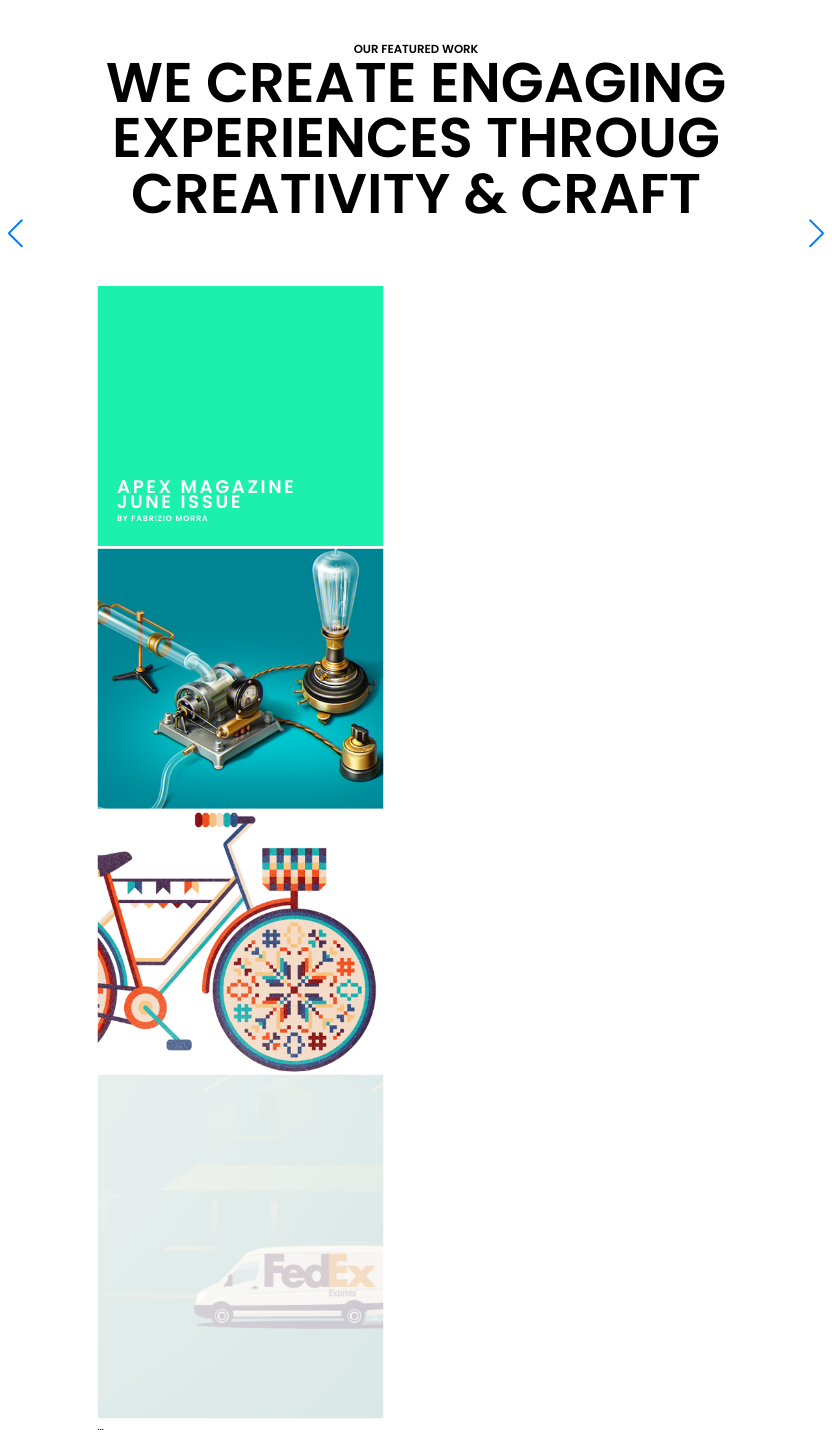
Repository: NastyaGavrilova/Beetroot-js
Page: HW10/index.html
These files come from the project's save history. The page is drawn as it stood at one moment and after the next save; the edit follows.
The browser window is 1280 px wide. The pictures show the whole page, at 65% of full size.

Above is the page before, as saved 2021-10-31 06:02:29.

### HW10/index.html
<!DOCTYPE html>
<html lang="en">
  <head>
    <meta charset="UTF-8" />
    <meta http-equiv="X-UA-Compatible" content="IE=edge" />
    <meta name="viewport" content="width=device-width, initial-scale=1.0" />
    <!-- Swiper -->
    <link
      rel="stylesheet"
      href="https://unpkg.com/swiper@7/swiper-bundle.min.css"
    />
    <!-- Normilize -->
    <link
      rel="stylesheet"
      href="https://cdnjs.cloudflare.com/ajax/libs/normalize/8.0.1/normalize.min.css"
      integrity="sha512-NhSC1YmyruXifcj/KFRWoC561YpHpc5Jtzgvbuzx5VozKpWvQ+4nXhPdFgmx8xqexRcpAglTj9sIBWINXa8x5w=="
      crossorigin="anonymous"
      referrerpolicy="no-referrer"
    />
    <!-- FONTS  -->
    <link rel="preconnect" href="https://fonts.googleapis.com" />
    <link rel="preconnect" href="https://fonts.gstatic.com" crossorigin />
    <link
      href="https://fonts.googleapis.com/css2?family=Poppins:wght@400;600;700&display=swap"
      rel="stylesheet"
    />
    <!-- Styles -->
    <link rel="stylesheet" href="./index.css" />
    <title>Document</title>
  </head>
  <body>
    <div class="c-container">
      <header class="c-header">
        <div class="c-header__wrapper">
          <div class="c-header__title">
            <h4 class="e-subtitle">OUR FEATURED WORK</h4>
            <h2 class="e-title">
              WE CREATE ENGAGING EXPERIENCES THROUG CREATIVITY &amp; CRAFT
            </h2>
          </div>
        </div>
      </header>

      <div class="c-swiper">
        <!-- Additional required wrapper -->
        <div class="c-swiper-wrapper">
          <!-- Slides -->
          <div class="c-swiper-slide">
            <img src="./assets/img/Rectangle8.png" alt="1" />
            <div class="c-swiper-slide__description">
              <p class="e-swiper-slide__text">
                APEX MAGAZINE <br />
                JUNE ISSUE
              </p>
              <p class="e-swiper-slide__author">BY FABRIZIO MORRA</p>
            </div>
          </div>
          <div class="c-swiper-slide">
            <img src="./assets/img/Layer7.png" alt="2" />
          </div>
          <div class="c-swiper-slide">
            <img src="./assets/img/Layer9.png" alt="3" />
          </div>
          <div class="c-swiper-slide">
            <img src="./assets/img/Layer10.png" alt="4" />
          </div>
          ...
        </div>
        <!-- If we need pagination -->
        <!-- <div class="swiper-pagination"></div> -->

        <!-- If we need navigation buttons -->
        <div class="swiper-button-prev" id="js-swiper-prev"></div>
        <div class="swiper-button-next" id="js-swiper-next"></div>

        <!-- If we need scrollbar -->
        <!-- <div class="swiper-scrollbar"></div> -->
      </div>
    </div>
    <script src="https://unpkg.com/swiper@7/swiper-bundle.min.js"></script>
    <script src="./index.js"></script>
  </body>
</html>

### HW10/index.css
* {
  box-sizing: border-box;
  padding: 0;
  margin: 0;
}

body {
  font-family: "Poppins", sans-serif;
  max-width: 1920px;
  margin: 0 auto;
}

.c-header__wrapper {
  margin: 65px 0 100px 0;
}
.c-header__title {
  text-align: center;
  max-width: 1030px;
  margin: 0 auto;
}
.e-subtitle {
  line-height: 20px;
  font-weight: 600;
  font-size: 18px;
}
.e-title {
  line-height: 85px;
  font-weight: 600;
  font-size: 86px;
}

.c-swiper {
  padding-left: 150px;
  height: 400px;
  width: 100%;
}

.c-swiper-slide {
  position: relative;
  overflow: hidden;
  width: 440px;
}
.c-swiper-slide img {
  transition: 0.4s ease;
  height: 100%;
  width: 100%;
}
.c-swiper-slide__description {
  position: absolute;
  color: white;
  bottom: 35px;
  left: 30px;
}

.e-swiper-slide__text {
  letter-spacing: 4px;
  line-height: 24px;
  font-weight: 600;
  font-size: 28px;
}

.e-swiper-slide__author {
  line-height: 24px;
  font-weight: 600;
  font-size: 12px;
  letter-spacing: 1.3px;
}

.swiper-slide-prev img,
.lasted img {
  opacity: 0.5;
}

.wrap-slider {
  margin-right: -30px;
}

### HW10/index.js
const swiper = new Swiper(".swiper", {
  speed: 400,
  spaceBetween: 30,
  loop: true,
  // effect: "cube",
});

const swiperPrevBtn = document.getElementById("js-swiper-prev");
swiperPrevBtn.addEventListener("click", () => {
  swiper.slidePrev();
});

const swiperNextBtn = document.getElementById("js-swiper-next");
swiperNextBtn.addEventListener("click", () => {
  swiper.slideNext();
});

After the next save:
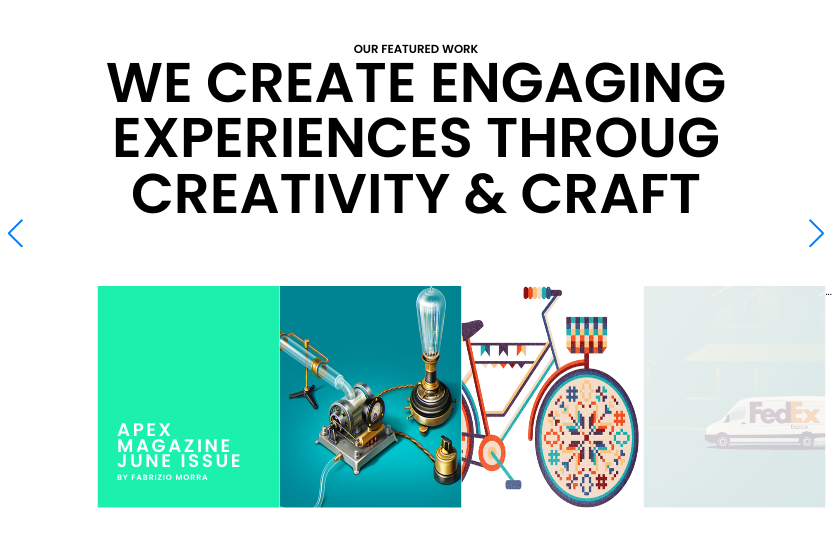
Saved 14 s later.
--- a/HW10/index.css
+++ b/HW10/index.css
@@ -33,6 +33,10 @@ body {
   padding-left: 150px;
   height: 400px;
   width: 100%;
+}
+
+.c-swiper-wrapper {
+  display: flex;
 }
 
 .c-swiper-slide {

After the save that followed:
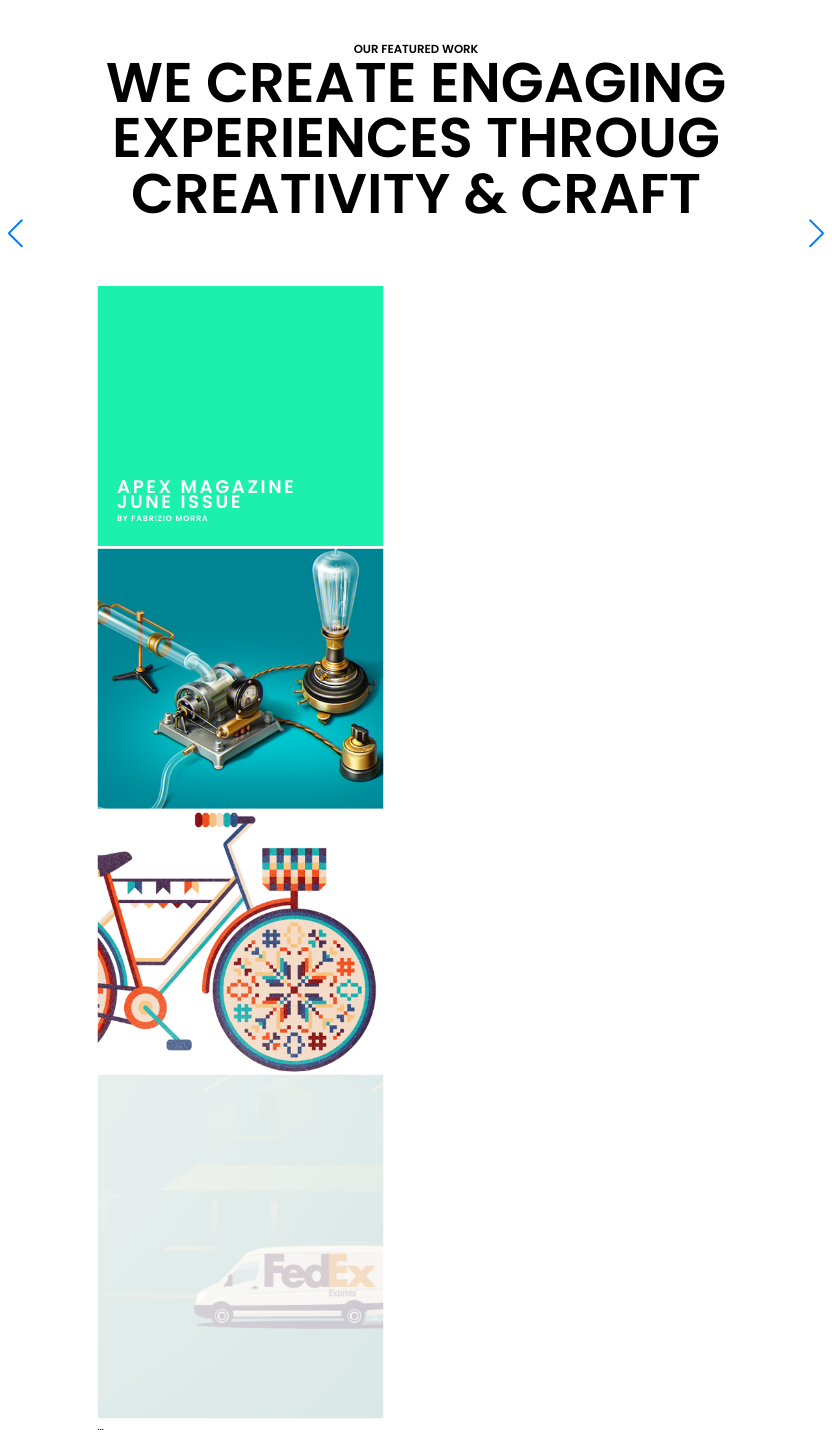
Saved 27 s later.
--- a/HW10/index.css
+++ b/HW10/index.css
@@ -33,10 +33,6 @@ body {
   padding-left: 150px;
   height: 400px;
   width: 100%;
-}
-
-.c-swiper-wrapper {
-  display: flex;
 }
 
 .c-swiper-slide {
